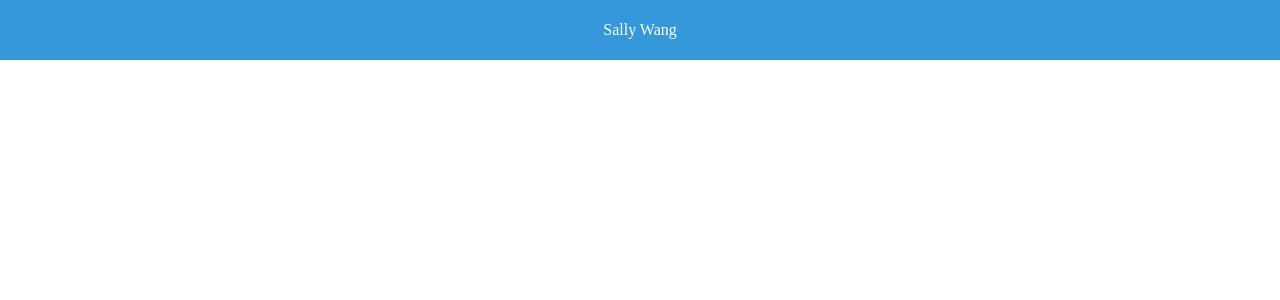
Repository: tianjiewang2022/tianjiewang2022.github.io
Page: index.html
These files come from the project's save history. The page is drawn as it stood at one moment and after the next save; the edit follows.
The browser window is 1280 px wide. The pictures show the whole page.

Above is the page before, as saved 2023-10-01 21:49:16.

### index.html
<html>

    <head>
        <meta charset="UTF-8">
        <meta name="viewport" content="width=device-width, initial-scale=1.0">
        <title>Your Webpage</title>
        <style>
            body {
                margin: 0;
                padding: 0;
            }

            header {
                background-color: #3498db;
                /* Choose your header color */
                color: white;
                position: fixed;
                top: 0;
                left: 0;
                width: 100%;
                height: 60px;
                /* Adjust the header height as needed */
                display: flex;
                align-items: center;
                justify-content: center;
                z-index: 100;
            }

            .container {
                margin-top: 60px;
                /* Ensure content starts below the header */
                padding: 20px;
            }






            .grid-container {
                display: grid;
                grid-template-areas:
                    "box1 box2 box3 "
                ;
                grid-template-columns: 1fr 1fr 1fr;
                grid-auto-rows: 1fr;
                grid-gap: 200px;
            }

            .box1 {
                background-color: orange;
                grid-column: 1 / span 3;
                /* Span 3 columns */
                grid-row: span 3;
                /* Span 3 rows */
            }

            .box2 {
                background-color: green;
                grid-row: 1/span 3;
                grid-column: span 3;
                /* Span 3 columns */
                grid-area: box2;

            }

            .box3 {
                grid-area: box3;
                background-color: blue;
                grid-column: span 3;
                /* Span 3 columns */
                grid-row: span 3;
                /* Span 3 rows */
            }
        </style>

    </head>

    <body>
        <header>
            Sally Wang
        </header>

        <div class="container">

        </div>

        <!-- <div class="grid-container">
            <span class="box1">
                box 1
            </span>
            <span class="box2">
                box 2
            </span>
            <span class="box3">
                box 3
            </span>

        </div> -->


    </body>

</html>

After the next save:
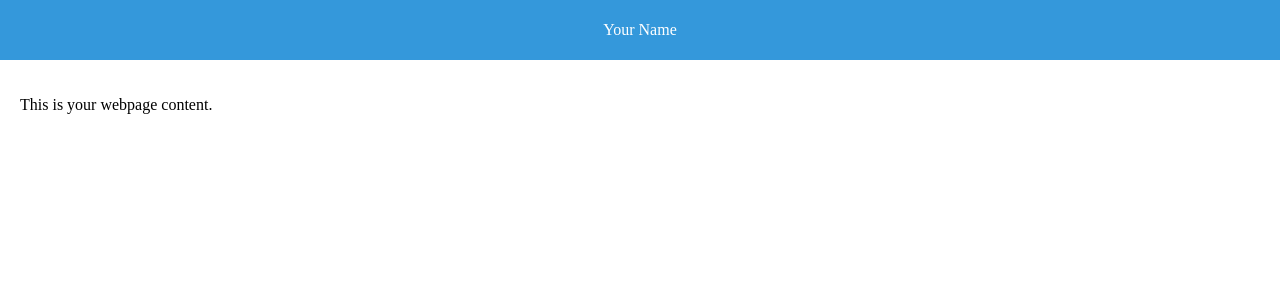
Saved 90 s later.
--- a/index.html
+++ b/index.html
@@ -1,4 +1,5 @@
-<html>
+<!DOCTYPE html>
+<html lang="en">
 
     <head>
         <meta charset="UTF-8">
@@ -31,74 +32,18 @@
                 /* Ensure content starts below the header */
                 padding: 20px;
             }
-
-
-
-
-
-
-            .grid-container {
-                display: grid;
-                grid-template-areas:
-                    "box1 box2 box3 "
-                ;
-                grid-template-columns: 1fr 1fr 1fr;
-                grid-auto-rows: 1fr;
-                grid-gap: 200px;
-            }
-
-            .box1 {
-                background-color: orange;
-                grid-column: 1 / span 3;
-                /* Span 3 columns */
-                grid-row: span 3;
-                /* Span 3 rows */
-            }
-
-            .box2 {
-                background-color: green;
-                grid-row: 1/span 3;
-                grid-column: span 3;
-                /* Span 3 columns */
-                grid-area: box2;
-
-            }
-
-            .box3 {
-                grid-area: box3;
-                background-color: blue;
-                grid-column: span 3;
-                /* Span 3 columns */
-                grid-row: span 3;
-                /* Span 3 rows */
-            }
         </style>
-
     </head>
 
     <body>
         <header>
-            Sally Wang
+            Your Name
         </header>
 
         <div class="container">
-
+            <!-- Your content goes here -->
+            <p>This is your webpage content.</p>
         </div>
-
-        <!-- <div class="grid-container">
-            <span class="box1">
-                box 1
-            </span>
-            <span class="box2">
-                box 2
-            </span>
-            <span class="box3">
-                box 3
-            </span>
-
-        </div> -->
-
-
     </body>
 
 </html>
